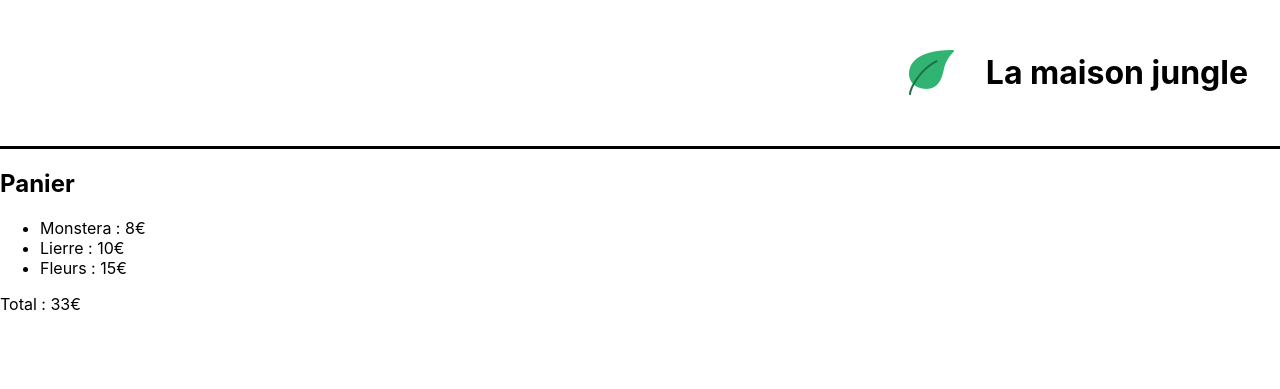
Repository: massndongo/la-maison-junglee
Page: /
An editor plug-in stored every save of this project. The page is shown before and after a run of saves, followed by the edit.
The browser window is 1280 px wide. The pictures show the whole page.
The project was rebuilt for these pictures with package versions that can differ from the ones it lists, and the page was loaded fresh each time.

Above is the page before, as saved 2023-03-23 16:31:08.

### src/components/App.js
import Banner from './Banner'
import Cart from './Cart'
import ShoppingList from './ShoppingList'

function App() {
    return <div><Banner /><Cart /><ShoppingList /></div>
}

export default App

### src/components/Banner.js
import logo from '../assets/logo.png'
import '../styles/Banner.css'

function Banner() {
    const title = 'La maison jungle'
    return (
        <div className='lmj-banner'>
            <img src={logo} alt='La maison jungle' className='lmj-logo' />
            <h1 className='lmj-title'>{title}</h1>
        </div>
    )
}

export default Banner

### src/components/Cart.js
function Cart() {
    const monsteraPrice = 8
    const ivyPrice = 10
    const flowerPrice = 15
    return (<div>
        <h2>Panier</h2>
        <ul>
        <li>Monstera : {monsteraPrice}€</li>
         <li>Lierre : {ivyPrice}€</li>
         <li>Fleurs : {flowerPrice}€</li>
        </ul>
          Total : {monsteraPrice + ivyPrice + flowerPrice }€
          </div>)
    }

export default Cart

### src/components/ShoppingList.js
import { plantList } from '../datas/plantList';
// const plantList = [
//     'monstera',
//     'ficus lyrata',
//     'pothos argenté',
//     'yucca',
//     'palmier'
// ]

function ShoppingList() {
    return (
        <ul>
            {

            }
        </ul>
    )
}

export default ShoppingList

### src/datas/plantList.js
export const plantList = [
	{
		name: 'monstera',
		category: 'classique',
		id: '1ed'
	},
	{
		name: 'ficus lyrata',
		category: 'classique',
		id: '2ab'
	},
	{
		name: 'pothos argenté',
		category: 'classique',
		id: '3sd'
	},
	{
		name: 'yucca',
		category: 'classique',
		id: '4kk'
	},
	{
		name: 'olivier',
		category: 'extérieur',
		id: '5pl'
	},
	{
		name: 'géranium',
		category: 'extérieur',
		id: '6uo'
	},
	{
		name: 'basilique',
		category: 'extérieur',
		id: '7ie'
	},
	{
		name: 'aloe',
		category: 'plante grasse',
		id: '8fp'
	},
	{
		name: 'succulente',
		category: 'plante grasse',
		id: '9vn'
	}
]

Loaded but not shown: public/index.html (common file); src/index.js (common file); src/styles/index.css (common file); src/reportWebVitals.js (common file); src/styles/Banner.css (common file)

After the next 5 saves:
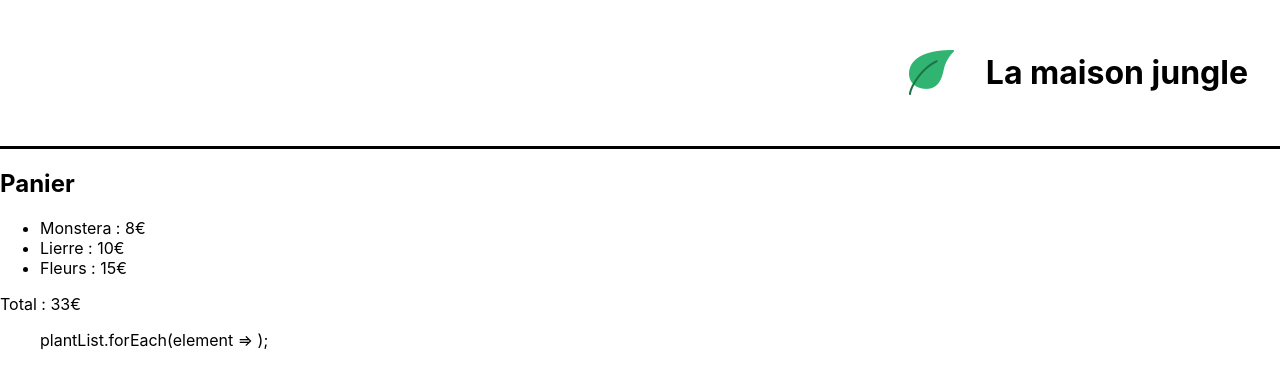
The 5 saves are shown as one change because 2 did not build or start and some came seconds apart.
The last was saved 22 s later.
--- a/src/components/ShoppingList.js
+++ b/src/components/ShoppingList.js
@@ -10,9 +10,11 @@ import { plantList } from '../datas/plantList';
 function ShoppingList() {
     return (
         <ul>
-            {
 
-            }
+                plantList.forEach(element => {
+
+                });
+
         </ul>
     )
 }
